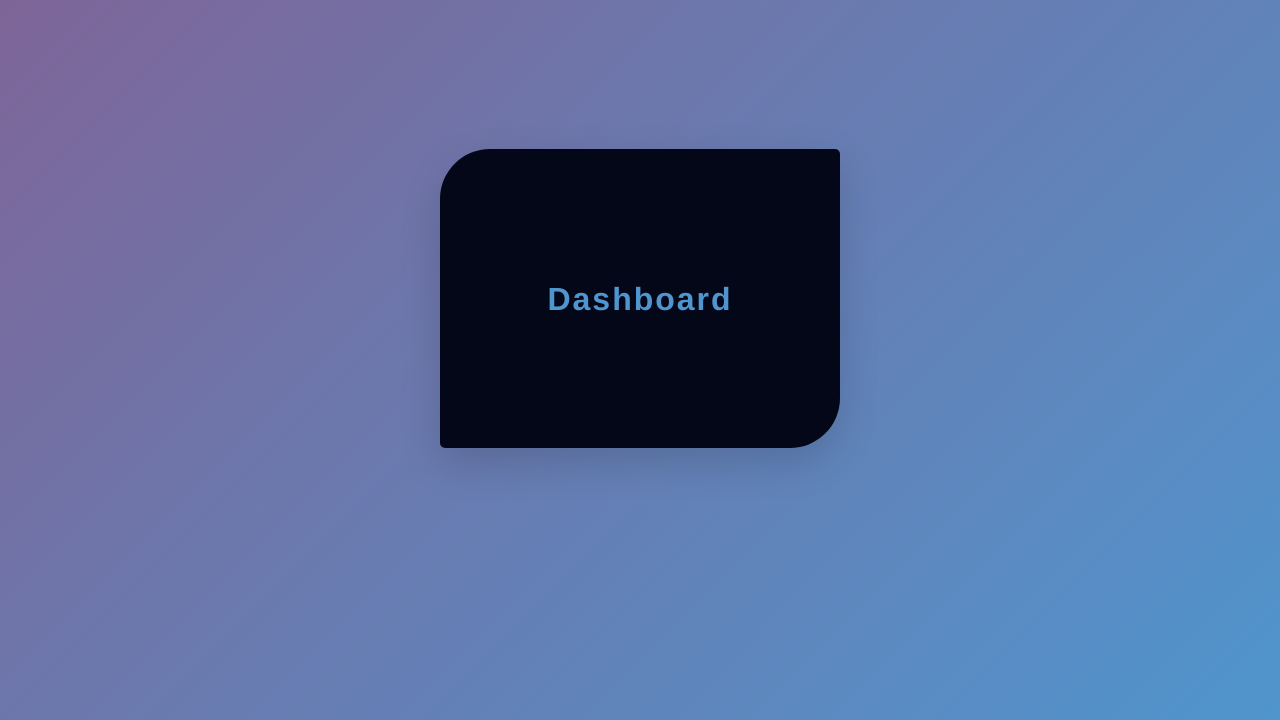
Repository: SolomonChinonso/myUserDashboard
Page: / (app in my-user-dashboard-app/)
These files come from the project's save history. The page is drawn as it stood at one moment and after the next save; the edit follows.
The browser window is 1280 px wide. The pictures show the whole page.
The project was rebuilt for these pictures with package versions that can differ from the ones it lists, and the page was loaded fresh each time. Also part of the build but not shown: my-user-dashboard-app/vite.config.ts, my-user-dashboard-app/src/App.css, my-user-dashboard-app/src/pages/Profile.tsx, my-user-dashboard-app/src/pages/Settings.tsx, my-user-dashboard-app/src/components/Navbar.tsx, my-user-dashboard-app/src/components/ProtectedRoute.tsx.

Above is the page before, as saved 2026-05-31 16:26:04.

After the next save:
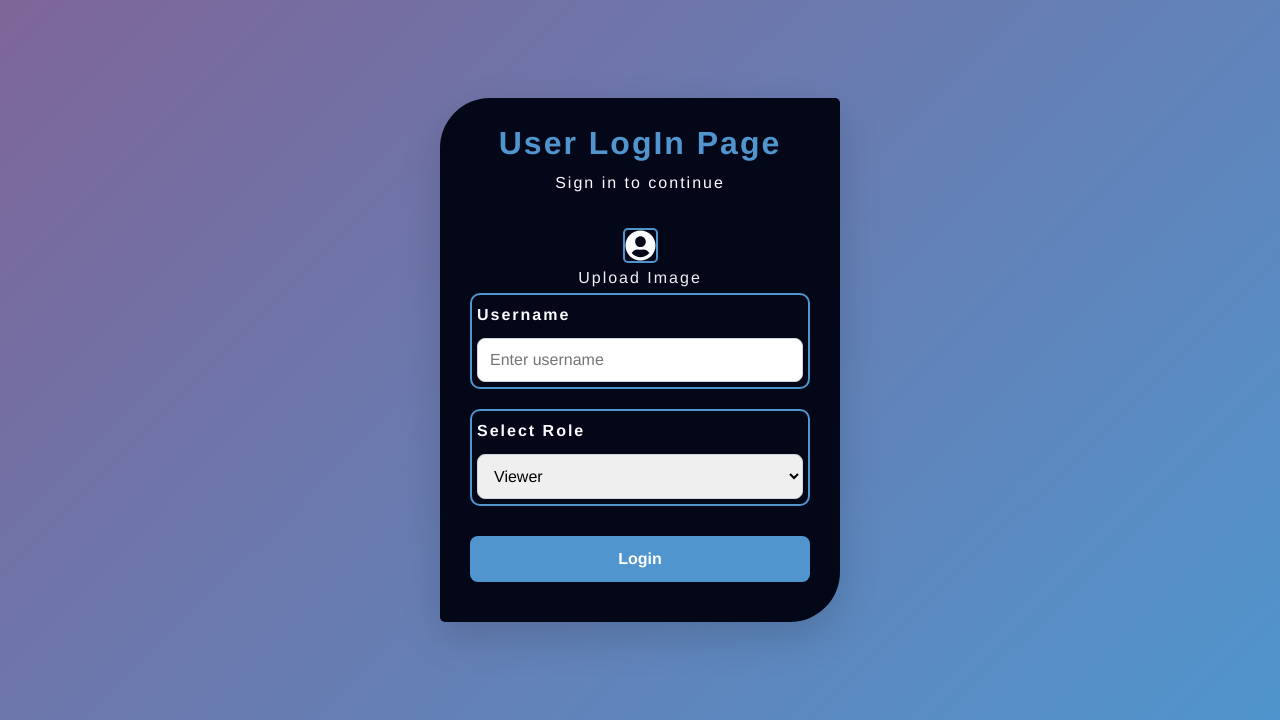
Saved 2 min 12 s later.
--- a/my-user-dashboard-app/src/App.tsx
+++ b/my-user-dashboard-app/src/App.tsx
@@ -23,19 +23,20 @@ function App() {
         {/* Redirect homepage to login */}
         <Route
           path="/"
-          element={<Navigate to="/dashboard" replace />}
+          element={<Navigate to="/login" replace />}
         />
 
         <Route
           path="/login"
-          element={
-          <ProtectedRoute><Login /></ProtectedRoute>}
+          element={<Login />}
         />
 
         <Route
           path="/dashboard"
           element={
-            <Dashboard />
+            <ProtectedRoute>
+              <Dashboard />
+            </ProtectedRoute>
           }
         />
 
